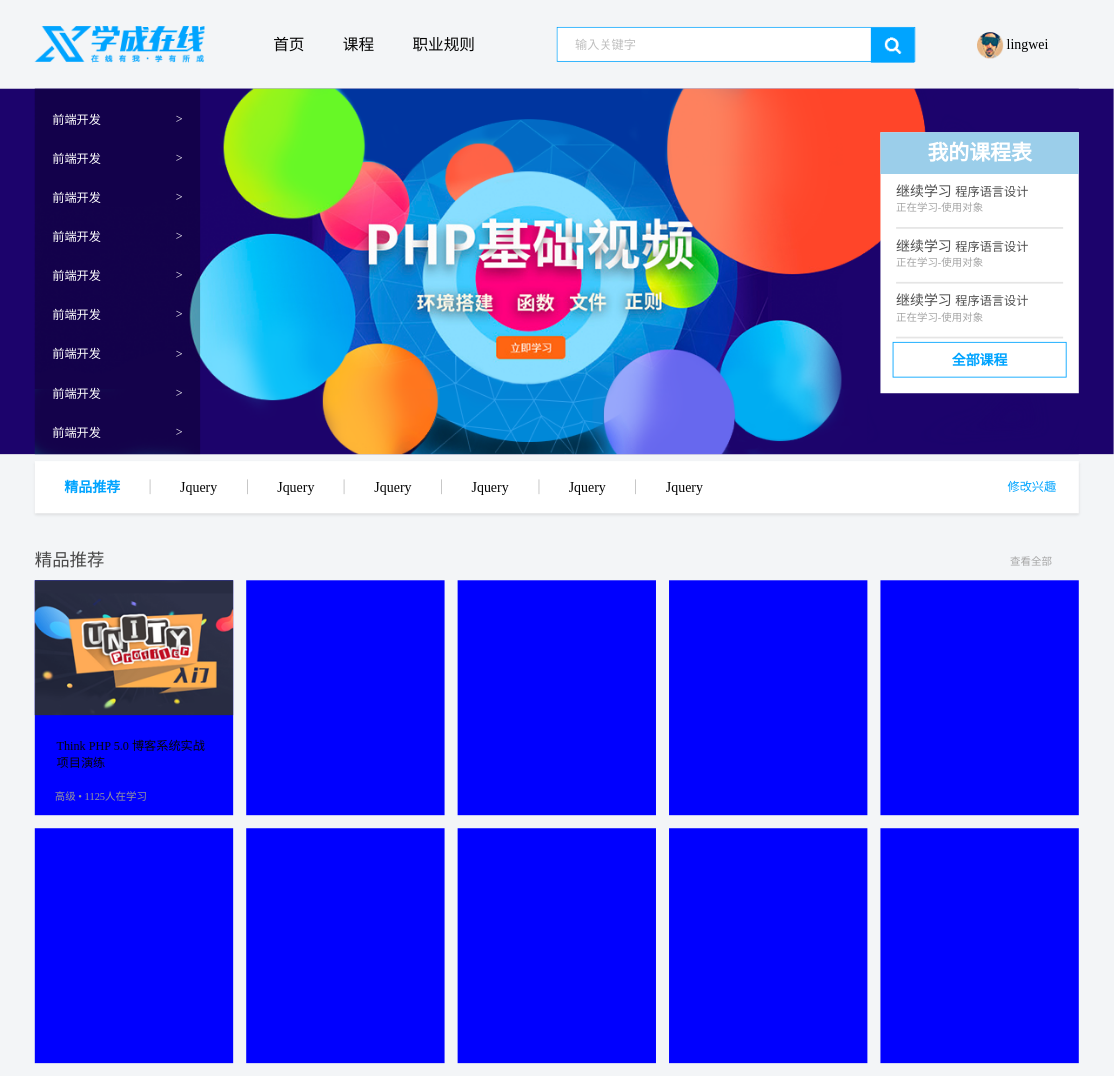
Repository: DengBiHua/xcdx
Page: index.html
An editor plug-in stored every save of this project. The page is shown before and after the next save, followed by the edit.
The browser window is 1280 px wide. The pictures show the whole page, at 87% of full size.

Above is the page before, as saved 2022-04-15 10:33:17.

### index.html
<!DOCTYPE html>
<html lang="en">
<head>
    <meta charset="UTF-8">
    <meta http-equiv="X-UA-Compatible" content="IE=edge">
    <meta name="viewport" content="width=device-width, initial-scale=1.0">
    <title>学成在线</title>
    <link rel="stylesheet" href="css/index.css">
</head>
<body>
    <!-- 头部 -->
    <div class="header wrapper">
        <h1>
            <a href="#">
                <img src="images/logo.png" alt="">
            </a>
        </h1>
        <!-- 导航 -->
        <div class="nav">
            <ul>
                <li><a href="#">首页</a></li>
                <li><a href="#">课程</a></li>
                <li><a href="#">职业规则</a></li>
            </ul>
        </div>
        <!-- 搜索 -->
        <div class="search">
            <input type="text" placeholder="输入关键字">
            <button></button>
        </div>
        <!-- 用户 -->
        <div class="user">
            <img src="./images/user.png" alt="">
            <span>lingwei</span>
        </div>
    </div>
    <div class="banner">
        <div class="wrapper">
            <div class="left">
                <ul>
                    <li><a href="#">前端开发<span>></span></a></li>
                    <li><a href="#">前端开发<span>></span></a></li>
                    <li><a href="#">前端开发<span>></span></a></li>
                    <li><a href="#">前端开发<span>></span></a></li>
                    <li><a href="#">前端开发<span>></span></a></li>
                    <li><a href="#">前端开发<span>></span></a></li>
                    <li><a href="#">前端开发<span>></span></a></li>
                    <li><a href="#">前端开发<span>></span></a></li>
                    <li><a href="#">前端开发<span>></span></a></li>
                </ul>
            </div>
            <div class="right">
                <h2>我的课程表</h2>
                <div class="content">
                    <dl>
                        <dt>
                            <span class="titleLeft">继续学习</span>
                            <span class="titleRight">程序语言设计</span>
                        </dt>
                        <dd>正在学习-使用对象</dd>
                    </dl>
                    <dl>
                        <dt>
                            <span class="titleLeft">继续学习</span>
                            <span class="titleRight">程序语言设计</span>
                        </dt>
                        <dd>正在学习-使用对象</dd>
                    </dl>
                    <dl>
                        <dt>
                            <span class="titleLeft">继续学习</span>
                            <span class="titleRight">程序语言设计</span>
                        </dt>
                        <dd>正在学习-使用对象</dd>
                    </dl>
                </div>
                <a href="#" class="all">全部课程</a>
            </div>
        </div>
    </div>
    <!-- 精品推荐 -->
    <div class="recommend wrapper">
        <h2>精品推荐</h2>
        <ul>
            <li><a href="#">Jquery</a></li>
            <li><a href="#">Jquery</a></li>
            <li><a href="#">Jquery</a></li>
            <li><a href="#">Jquery</a></li>
            <li><a href="#">Jquery</a></li>
            <li><a href="#">Jquery</a></li>
        </ul>
        <a href="#" class="interest">修改兴趣</a>
    </div>
    <div class="recommendDetail wrapper">
        <div class="title">
            <h2>精品推荐</h2>
            <a href="#">查看全部</a>
        </div>
        <div class="content">
            <ul>
                <li>
                    <a href="#">
                        <img src="./images/course07.png" alt="">
                        <h3>Think PHP 5.0 博客系统实战项目演练</h3>
                        <p><span>高级</span>  •  1125人在学习</p>
                    </a>
                </li>
                <li><a href="#"></a></li>
                <li><a href="#"></a></li>
                <li><a href="#"></a></li>
                <li><a href="#"></a></li>
                <li><a href="#"></a></li>
                <li><a href="#"></a></li>
                <li><a href="#"></a></li>
                <li><a href="#"></a></li>
                <li><a href="#"></a></li>
            </ul>
        </div>
    </div>
</body>
</html>

### css/index.css
/* css代码顺序
1、浮动/display
2、盒子模型
3、文字样式
 */

/* 通用模版 */
* {
    margin: 0;
    padding: 0;
    /* 内减模式 */
    box-sizing: border-box;
}
li {
    /* 清除列表前方小圆点 */
    list-style-type: none;
}
a {
    /* 去除超链接文字的下划线 */
    text-decoration: none;
}
.clearfix::before,.clearfix::after {
    content: "";
    display: table;
}
.clearfix::after {
    clear: both;
}

/* 版心 */
.wrapper {
    width: 1200px;
    margin: 0 auto;
}

body {
    background-color: #f3f5f7;
}

/* 头部 */
.header {
    height: 42px;
    margin: 30px auto;
}

h1 {
    float: left;
}

/* 导航 */
.nav {
    float: left;

    height: 42px;
    margin-left: 70px;
}

.nav li {
    float: left;

    margin-right: 26px;
}

.nav li a {
    display: block;

    padding: 0 9px;
    height: 42px;
    line-height: 42px;

    font-size: 18px;
    color: #050505;
}

.nav li a:hover {
    border-bottom: 2px solid #00a4ff;
}

.search {
    float: left;
    margin-left: 59px;
    margin-top: 1px;
    width: 412px;
    height: 40px;
    border: 1px solid #00a4ff;
}

.search input {
    float: left;
    padding-left: 20px;
    width: 360px;
    height: 38px;
    border: 0;
}

.search input::placeholder {
    font-size: 14px;
    color: #bfbfbf;
}

.search button {
    float: left;
    width: 50px;
    height: 40px;
    background-image: url(../images/btn.png);
    border: 0;
}

.user {
    float: right;
    margin-right: 35px;
    height: 42px;
    line-height: 42px;
}

.user img {
    /* 调节图片垂直方向对齐方式 */
    vertical-align: middle;
}

.banner {
    height: 420px;
    background-color: #1c036c;
}

.banner .wrapper {
    height: 420px;
    background-image: url(../images/banner2.png);
}

.banner .left {
    float: left;
    padding: 0 20px;
    width: 190px;
    height: 420px;
    background-color: rgba(0, 0, 0, 0.3);
    line-height: 44px;
}

.banner ul {
    margin-top: 13px;
}

.banner a {
    font-size: 14px;
    color: #ffffff;
}

.banner a:hover {
    color: #00b4ff;
}

.banner .left span {
    float: right;
}

.banner .right {
    float: right;
    margin-top: 50px;
    width: 228px;
    height: 300px;
    background-color: #ffffff;
}

.banner .right h2 {
    height: 48px;
    background-color: #9bceea;
    font: 18px;
    color: #ffffff;
    text-align: center;
    line-height: 48px;
}

.banner .content {
    padding: 0 18px;
}

.banner .right dl {
    padding: 12px 0;
    border-bottom: 2px solid #e5e5e5;
}

.banner .right .content dt {
    color: #4e4e4e;
    line-height: 16px;
}

.banner .right .titleLeft {
    font-size: 16px;
}

.banner .right .titleRight {
    font-size: 14px;
}

.banner .right .content dd {
    color: #a5a5a5;
    font-size: 12px;
    line-height: 20px;
}

.banner .right .all {
    display: block;
    margin: 4px auto 0;
    width: 200px;
    height: 41px;
    border: 1px solid #00a4ff;
    font-weight: 700;
    font-size: 16px;
    color: #00a4ff;
    text-align: center;
    line-height: 41px;
}

.recommend {
    margin-top: 8px;
    height: 60px;
    background-color: #ffffff;
    box-shadow: 0px 2px 3px 0px rgba(118, 118, 118, 0.2);
    line-height: 60px;
}

.recommend h2 {
    float: left;
    width: 132px;
    text-align: center;
    font-size: 16px;
    font-weight: bold;
    color: #00a4ff;
}

.recommend ul {
    float: left;
}

.recommend ul li {
    float: left;
}

.recommend ul li a {
    padding: 0 34px;
    border-left: 1px solid #bfbfbf;
    font-size: 16px;
    color: #050505;
}

.recommend .interest {
    float: right;
    padding: 0 26px;
    font-size: 14px;
    color: #00a4ff;
}

.recommendDetail {
    margin-top: 37px;
}

.recommendDetail .title {
    height: 40px;
}

.recommendDetail .title h2 {
    float: left;
    font-size: 20px;
    color: #494949;
    font-weight: 400;
}

.recommendDetail .title a {
    float: right;
    padding: 8px 31px 0;
    font-size: 12px;
    color: #a5a5a5;
}

.recommendDetail .content {
    background-color: pink;
}

.recommendDetail .content li {
    float: left;
    margin-right: 15px;
    margin-bottom: 15px;
}

.recommendDetail .content li:nth-child(5n) {
    margin-right: 0px;
}

.recommendDetail .content a {
    display: block;
    width: 228px;
    height: 270px;
    background-color: blue;
}

.recommendDetail .content h3 {
    margin: 20px 25px 0;
    font-size: 14px;
    font-weight: 400;
    color: #050505;
}

.recommendDetail .content p {
    margin-left: 23px;
    margin-top: 20px;
    font-size: 12px;
    color: #999999;
}

.recommendDetail .content p span {
    color: #999999;
}

After the next save:
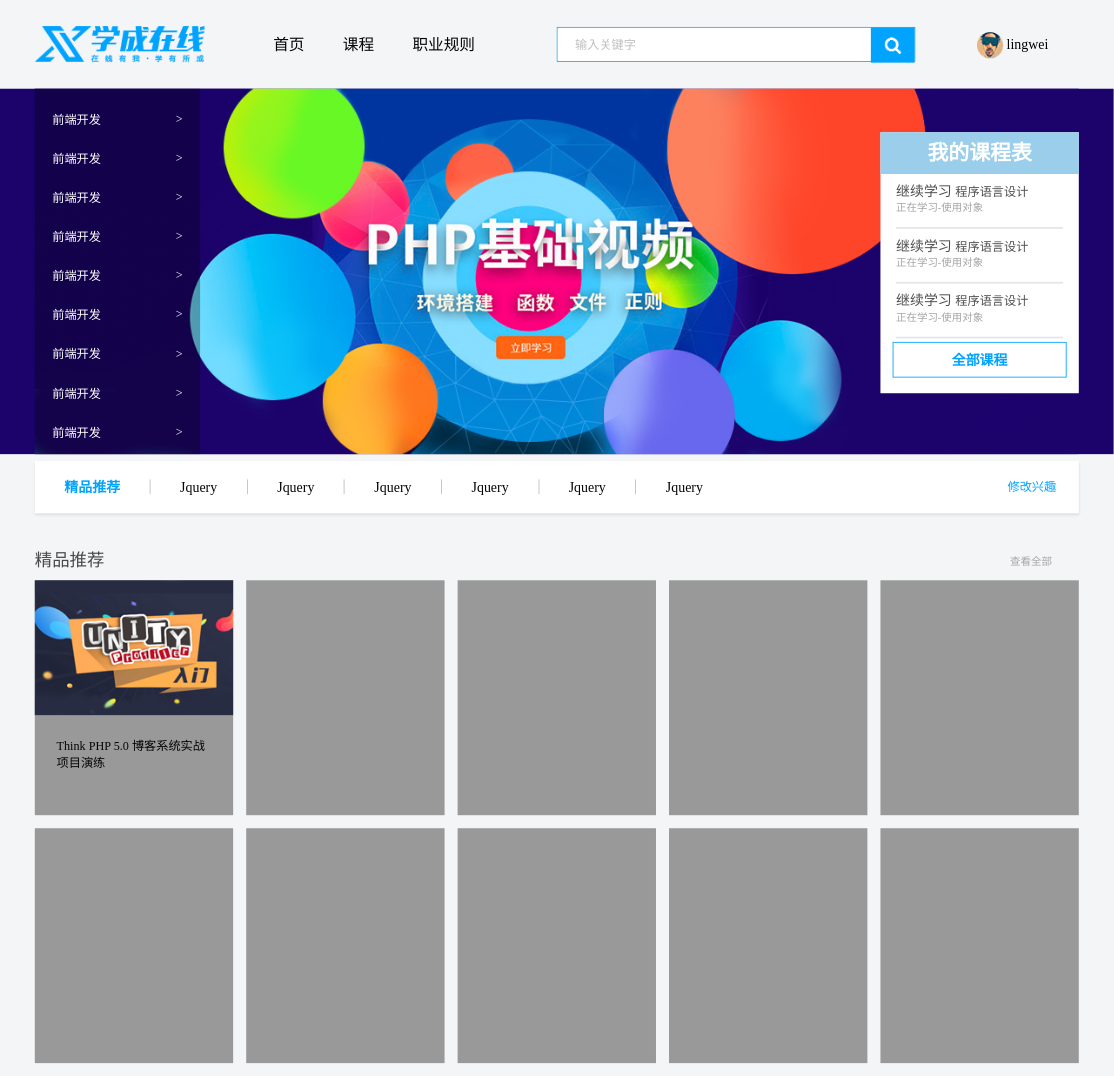
Saved 12 s later.
--- a/css/index.css
+++ b/css/index.css
@@ -291,7 +291,7 @@
     display: block;
     width: 228px;
     height: 270px;
-    background-color: blue;
+    background-color: #999999;
 }
 
 .recommendDetail .content h3 {
